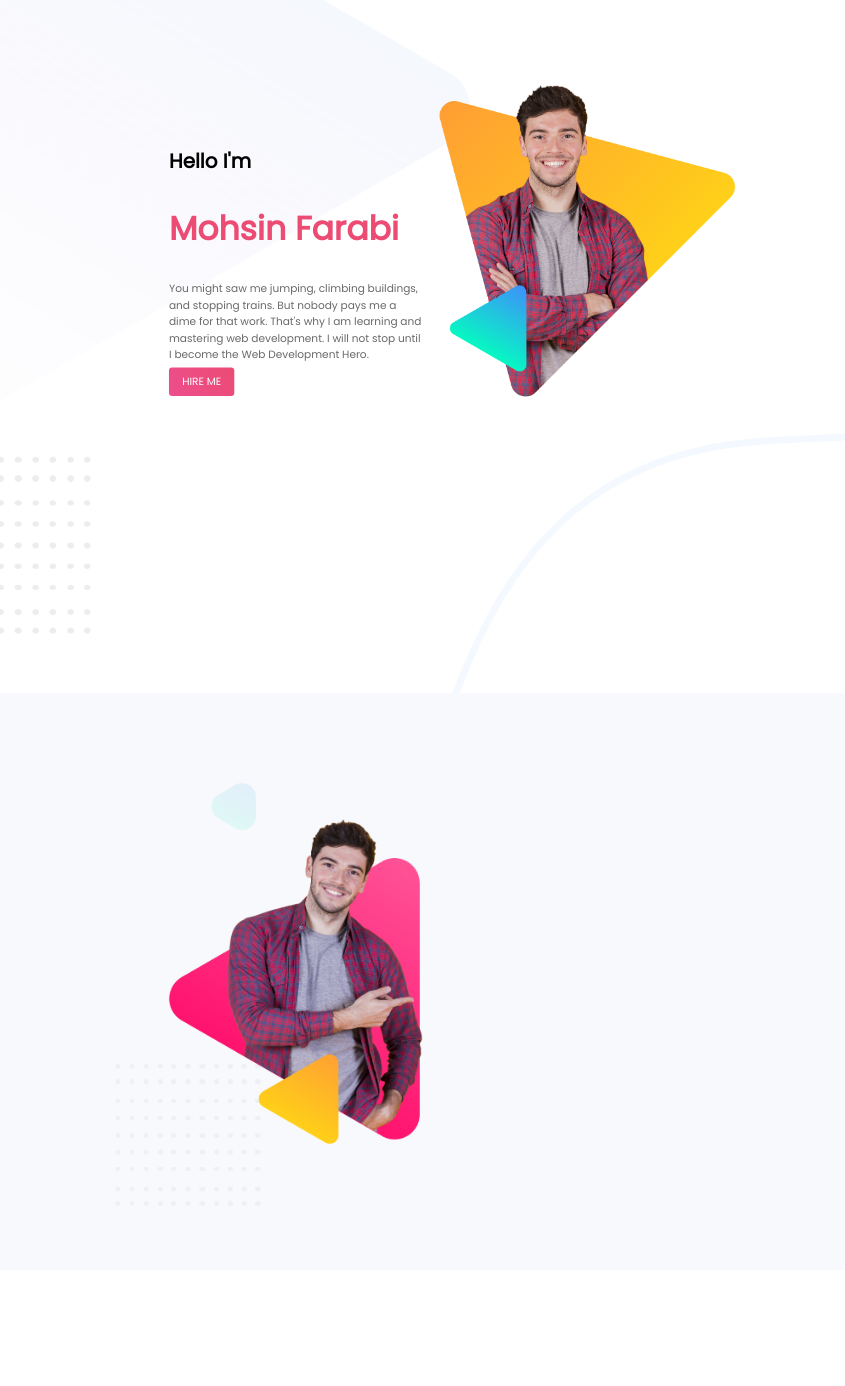
Repository: mohsinfarabi/personal-website
Page: index.html
These files come from the project's save history. The page is drawn as it stood at one moment and after the next save; the edit follows.
The browser window is 1280 px wide. The pictures show the whole page, at 66% of full size.

Above is the page before, as saved 2020-07-01 15:17:33.

### index.html
<!DOCTYPE html>
<html lang="en">

<head>
    <meta charset="UTF-8">
    <meta name="viewport" content="width=device-width, initial-scale=1.0">
    <link href="https://fonts.googleapis.com/css2?family=Poppins" rel="stylesheet">
    <link rel="stylesheet" href="style.css">
    <title>Farabi - Web Developer</title>
</head>

<body>
    <section class="header-banner">
        <div class="half-width">
            <h3>Hello I'm</h3>
            <h2>Mohsin Farabi</h2>
            <p>You might saw me jumping, climbing buildings, and stopping trains. But nobody pays me a dime for that work. That's why I am learning and mastering web development. I will not stop until I become the Web Development Hero.</p>
            <a class="link-button" target="_blank" href="https://www.linkedin.com/in/mohsin-farabi-68655040/">HIRE ME</a>
        </div>

        <div class="img-width">
            <img src="images/peter.png" alt="">
        </div>
    </section>
    <section class="biography">
        <div class="half-width">
            <img src="images/peter_dream.png" alt="">
        </div>
        <div class="half-width">

        </div>
    </section>



</body>

</html>

### style.css
body {
    margin: 0;
    font-family: 'Poppins', sans-serif;
    width: 100%;
    height: 100%;
}

h2 {
    font-size: 50px;
    color: #ec4b74;
}

h3 {
    font-size: 30px;
}

p {
    color: dimgray;
}

.half-width {
    width: 30%;
    float: left;
    margin-left: 10%;
    padding-top: 15%;
    padding-left: 10%;
}

.half-width img {
    width: 100%;
    height: 100%;
}

.img-width {
    width: 35%;
    float: left;
    margin-left: 2%;
    margin-top: 10%;
    padding-left: 0;
}

.img-width img {
    width: 100%;
    height: 100%;
}

section {
    height: 900px;
    padding-bottom: 150px;
}

.link-button {
    text-decoration: none;
    background-image: linear-gradient(45deg, #ec4e8d, #ec4b74);
    padding: 10px 20px;
    border-radius: 5px;
    color: white;
    font-weight: 400;
}

.header-banner {
    background-image: url("images/header-bg.png");
    background-repeat: no-repeat;
}

.biography {
    background-image: url("images/biography-bg.png");
    background-repeat: no-repeat;
}

After the next save:
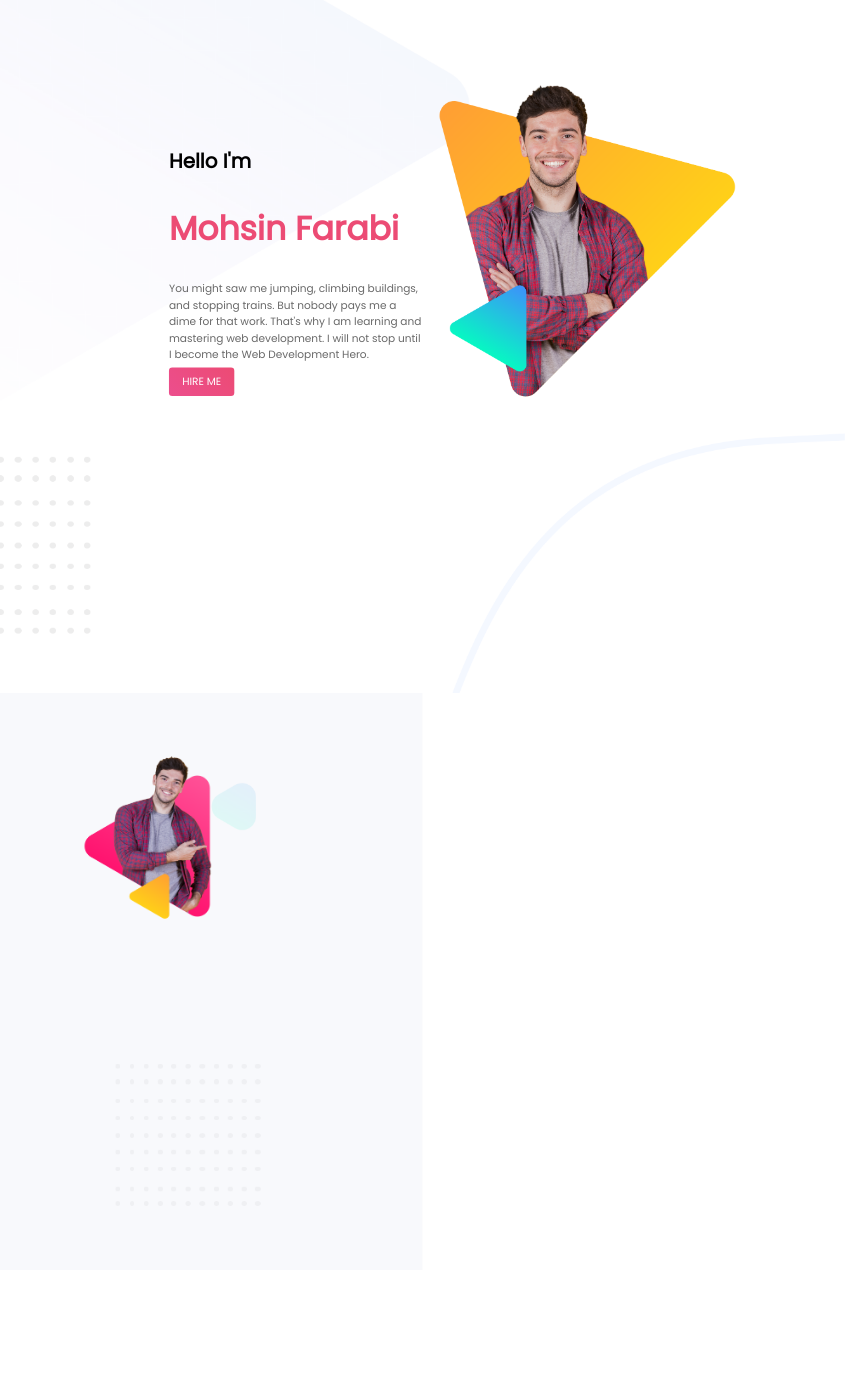
Saved 3 min 31 s later.
--- a/style.css
+++ b/style.css
@@ -66,4 +66,5 @@
 .biography {
     background-image: url("images/biography-bg.png");
     background-repeat: no-repeat;
+    width: 50%;
 }

After the save that followed:
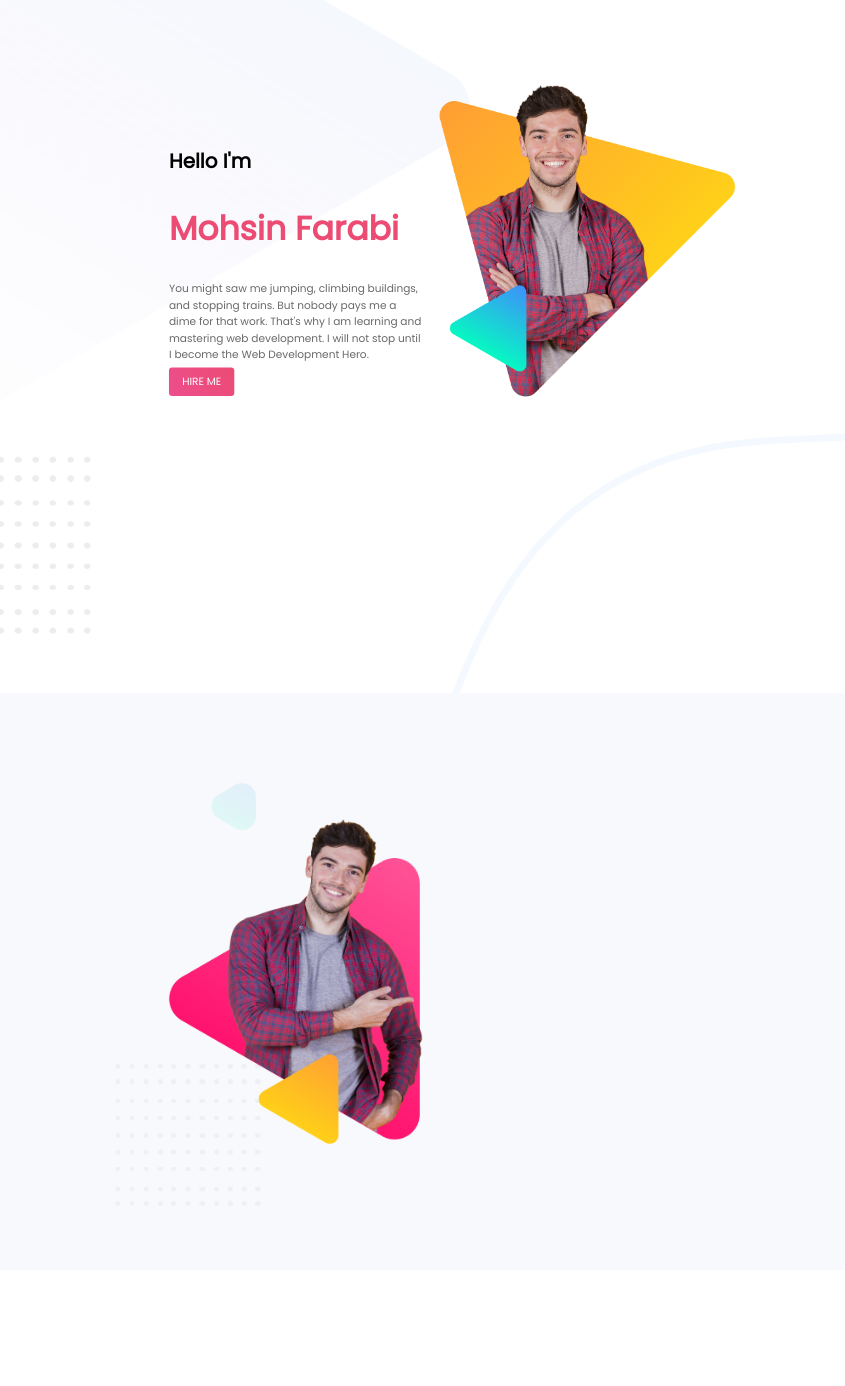
Saved 9 s later.
--- a/style.css
+++ b/style.css
@@ -66,5 +66,5 @@
 .biography {
     background-image: url("images/biography-bg.png");
     background-repeat: no-repeat;
-    width: 50%;
+    width: 100%;
 }
